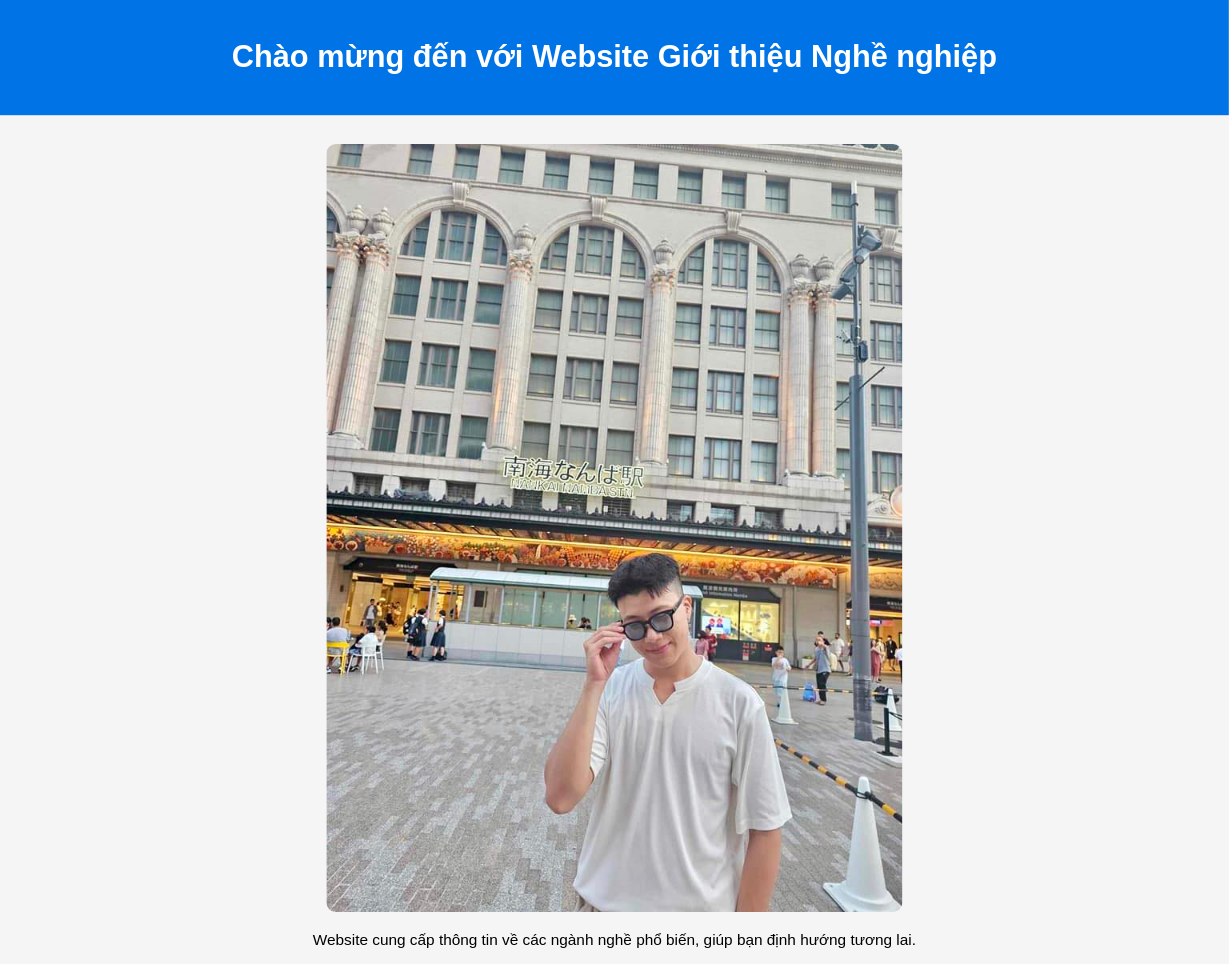
Repository: Quocdeptraidev/nguyenvietquoc.github.io
Page: index.html
These files come from the project's save history. The page is drawn as it stood at one moment and after the next save; the edit follows.
The browser window is 1280 px wide. The pictures show the part of the page from y = 0 to 1004 px (the page is 1569 px tall), at 96% of full size.
A picture or video elsewhere on the page could not be fetched, so the positions and the page height are approximate.

Above is the page before, as saved 2025-03-07 14:00:32.

### index.html



<!DOCTYPE html>
<html lang="vi">
<head>
    <meta charset="UTF-8">
    <meta name="viewport" content="width=device-width, initial-scale=1.0">
    <title>Giới thiệu Nghề nghiệp</title>
    <link rel="stylesheet" href="/css/style.css">
</head>
<body>
    <header>
        <h1>Chào mừng đến với Website Giới thiệu Nghề nghiệp</h1>
    </header>

    <section class="intro">
        <img src="/img/nvq.jpg" alt="Giới thiệu nghề nghiệp">
        <p>Website cung cấp thông tin về các ngành nghề phổ biến, giúp bạn định hướng tương lai.</p>
    </section>

    <section class="careers">
        <h2>Các Nghề nghiệp phổ biến</h2>
        <div class="career">
            <img src="/img/dev.jpg" alt="Lập trình viên">
            <h3>Lập trình viên</h3>
            <p>Phát triển phần mềm, trang web, ứng dụng và nhiều công nghệ khác.</p>
        </div>
        <div class="career">
            <img src="/img/docter.jpg" alt="Bác sĩ">
            <h3>Bác sĩ</h3>
            <p>Chăm sóc sức khỏe, chẩn đoán và điều trị bệnh nhân.</p>
        </div>
        <div class="career">
            <img src="/img/teacher.jpg" alt="Giáo viên">
            <h3>Giáo viên</h3>
            <p>Đào tạo và truyền đạt kiến thức cho thế hệ trẻ.</p>
        </div>
    </section>

    <footer>
        <p>&copy; 2025 - Website giới thiệu nghề nghiệp</p>
    </footer>
</body>
</html>

### css/style.css
/* @import url('https://fonts.googleapis.com/css2?family=Poppins:ital,wght@0,500;1,900&display=swap');
*{
    font-family: 'Poppins',cursive;
}
body{
    color: azure;
    width: 100%;
    height: 100vh;
    display: flex;
    flex-direction: column;
    align-items: center;
    justify-content: center;
    background-color: black;
}
.greetings{
    font-size: 6rem;
    font-weight: 900;
}
.greetings > span{
    animation: glow 2.5s ease-in-out infinite;
}
@keyframes glow{
    0%, 100%{
        color: #fff;
        text-shadow: 0 0 12px #39c6d6, 0 0 50px #39c6d6, 0 0 100px #39c6d6;
    }
    10%, 90%{
        color: #111;
        text-shadow: none;
    }
}
.greetings > span:nth-child(2){
    animation-delay: .2s ;
}
.greetings > span:nth-child(3){
    animation-delay: .4s ;
}
.greetings > span:nth-child(4){
    animation-delay: .6s;
}
.greetings > span:nth-child(5){
    animation-delay: .8s;
}

.description{
    font-size: 1.5rem;
    margin-bottom: 20px;
}

.button a{
    text-decoration: none;
    font-size: 1rem;
    color: #111;
}

@media screen and (max-width:574px){
    .greetings{
        display: block;
        font-size: 3rem;
        font-weight: 500;
        text-align: center;
    }
    .description{
        font-size: 1rem;
    }

    .button a{
        font-size: .5rem;
    }
} */



body {
    font-family: Arial, sans-serif;
    margin: 0;
    padding: 0;
    background-color: #f5f5f5;
    text-align: center;
}

header {
    background-color: #0073e6;
    color: white;
    padding: 20px;
}

.intro {
    padding: 20px;
}

.intro img {
    width: 80%;
    max-width: 600px;
    border-radius: 10px;
    margin-top: 10px;
}

.careers {
    display: flex;
    flex-wrap: wrap;
    justify-content: center;
    padding: 20px;
}

.career {
    background-color: white;
    border-radius: 10px;
    box-shadow: 0 0 10px rgba(0, 0, 0, 0.1);
    margin: 10px;
    padding: 15px;
    width: 250px;
    text-align: center;
}

.career img {
    width: 100%;
    border-radius: 10px;
}

footer {
    background-color: #333;
    color: white;
    padding: 10px;
    margin-top: 20px;
}

After the next save:
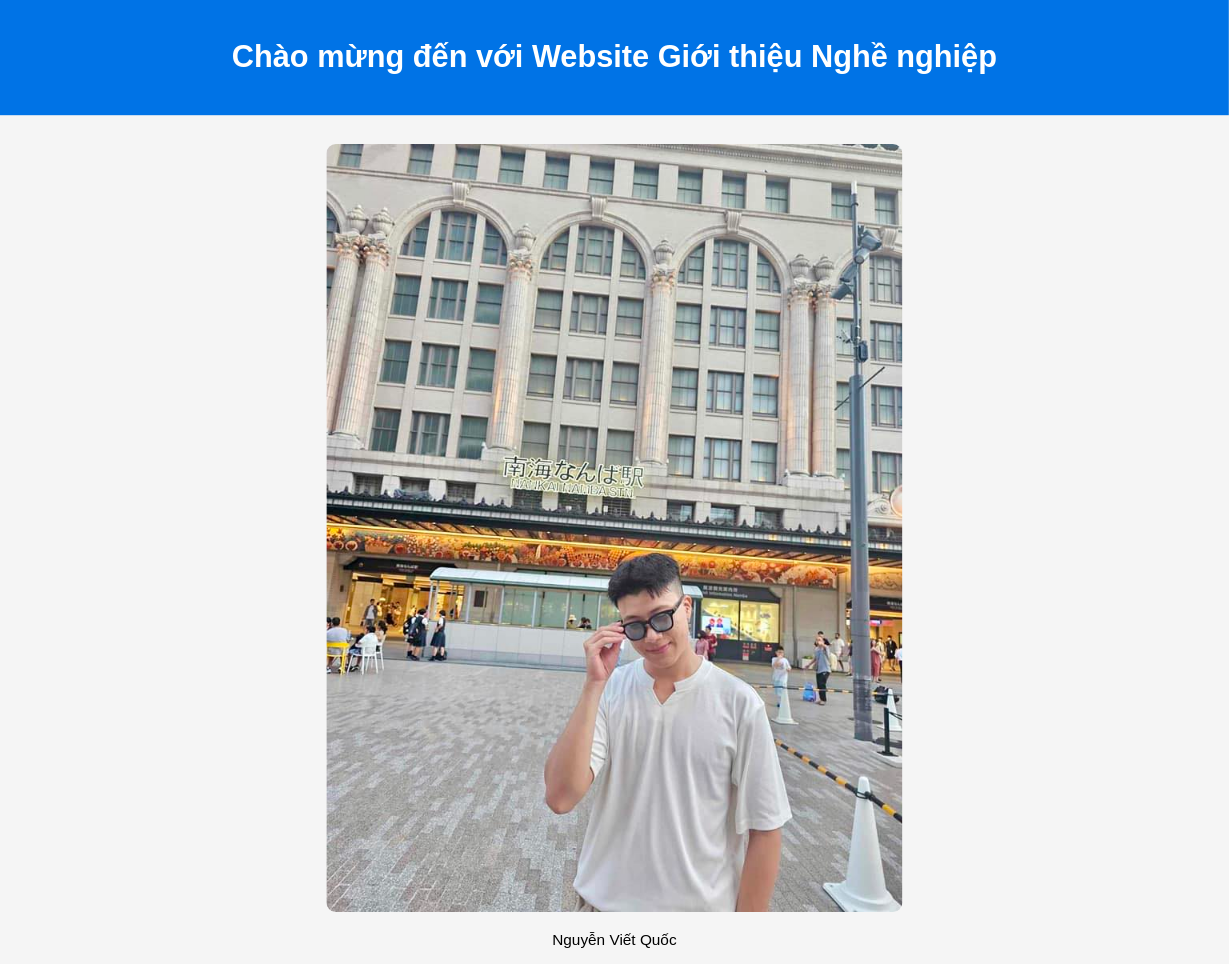
Saved 58 s later.
--- a/index.html
+++ b/index.html
@@ -16,7 +16,7 @@
 
     <section class="intro">
         <img src="/img/nvq.jpg" alt="Giới thiệu nghề nghiệp">
-        <p>Website cung cấp thông tin về các ngành nghề phổ biến, giúp bạn định hướng tương lai.</p>
+        <p>Nguyễn Viết Quốc</p>
     </section>
 
     <section class="careers">
